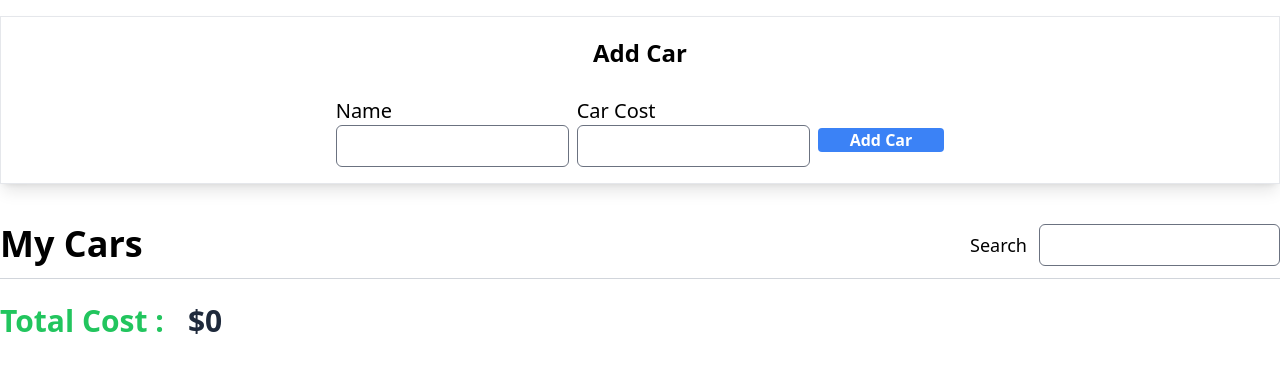
Repository: Marhamat92/carsappreduxtoolkit
Page: /
These files come from the project's save history. The page is drawn as it stood at one moment and after the next save; the edit follows.
The browser window is 1280 px wide. The pictures show the whole page.
The project was rebuilt for these pictures with package versions that can differ from the ones it lists, and the page was loaded fresh each time.

Above is the page before, as saved 2023-01-24 00:56:58.

### src/index.js
import React from 'react';
import ReactDOM from 'react-dom/client';
import './index.css';
import App from './App';
import { Provider } from 'react-redux';
import { store } from './store'


const root = ReactDOM.createRoot(document.getElementById('root'));
root.render(
  <Provider store={store}>
    <App />
  </Provider>
);

### src/App.js
import CarForm from "./components/CarForm";
import CarList from "./components/CarList";
import CarSearch from "./components/CarSearch";
import CarValue from "./components/CarValue";


function App() {
  return (
    <div className="container mx-auto">
      <CarForm />
      <CarSearch />
      <CarList />
      <CarValue />
    </div>
  );
}

export default App;

### src/store/index.js
import { configureStore } from "@reduxjs/toolkit";
import {
  carsReducer,
  addCar,
  removeCar,
  changeSearchTerm,
} from "./slices/carsSlice";
import { formReducer, changeName, changeCost } from "./slices/formSlice";

const store = configureStore({
  reducer: {
    cars: carsReducer,
    form: formReducer,
  },
})

export { store, addCar, removeCar, changeSearchTerm, changeName, changeCost };

### src/components/CarForm.js
import React from 'react'
import { useDispatch, useSelector } from 'react-redux'
import { changeName, changeCost, addCar } from '../store'



function CarForm() {
  const dispatch = useDispatch(); // this is the hook that allows us to dispatch actions to the store
  const { name, cost } = useSelector((state) => { // this is the hook that allows us to access the store
    return {
      name: state.form.name,
      cost: state.form.cost
    }
  })


  const handleNameChange = (e) => {
    dispatch(changeName(e.target.value))
  }

  const handleCostChange = (e) => {
    const carCost = parseInt(e.target.value) || 0;
    dispatch(changeCost(carCost))

  }


  const handleSubmit = (e) => {
    e.preventDefault();
    dispatch(addCar({ name, cost }))
  }


  //!after adding a car, clear the form fields with extra reducers which will be added to the formSlice,otherwise we can use dispatch(changeName('')) and dispatch(changeCost(0)) to clear the form fields but it is not a good practice



  return (
    <div className='flex flex-col items-center justify-center border shadow-lg py-4 mt-4'>
      <h1 className='font-bold text-2xl py-1' >Add Car</h1>
      <div className='mt-6'>
        <form onSubmit={handleSubmit} className=''>
          <div className='flex flex-row space-x-2 items-center justify-center'>
            <div className='flex flex-col'>
              <label className='text-xl' htmlFor='make'>Name</label>
              <input className=' border border-gray-500 rounded-md py-2

              ' value={name} onChange={handleNameChange} type='text' name='carName' id='carName' />
            </div>
            <div className='flex flex-col'>
              <label className='text-xl' htmlFor='price'>Car Cost</label>
              <input className=' border border-gray-500 rounded-md py-2

              ' value={cost || ''} onChange={handleCostChange} type='number' name='price' id='price' />
            </div>
            <div className='flex items-center justify-center'>
              <button className='bg-blue-500 hover:bg-blue-700 text-white font-bold   px-8 rounded mt-4' type='submit'>Add Car</button>
            </div>
          </div>


        </form>
      </div>
    </div>
  )
}

export default CarForm

### src/components/CarList.js
import React from 'react'
import { useSelector, useDispatch } from 'react-redux'
import { removeCar } from '../store'


function CarList() {


  const dispatch = useDispatch();

  const cars = useSelector(({ cars: { searchTerm, data } }) => {   //! <--- destructuring the state object to get the searchTerm and data properties
    return data.filter((car) => {
      return car.name.toLowerCase().includes(searchTerm.toLowerCase())
    })
  })

  const handleDeleteCar = (car) => {
    dispatch(removeCar(car.id))
  }



  const renderedCars = cars.map((car) => {
    return (
      <div className='flex justify-between space-y-3 items-center shadow-lg mt-4 py-2 px-4 rounded-md' key={car.id}>
        <p className='text-3xl' >{car.name} - ${car.cost}</p>
        <button onClick={() => handleDeleteCar(car)} className='bg-red-500 px-4 py-2 text-3xl rounded-md'>
          Remove
        </button>
      </div>
    )
  })




  return (
    <div>{renderedCars}</div>
  )
}

export default CarList

### src/components/CarSearch.js
import React from 'react'
import { useSelector, useDispatch } from 'react-redux'
import { changeSearchTerm } from '../store'


function CarSearch() {

  const dispatch = useDispatch();
  const searchTerm = useSelector((state) => {

    return state.cars.searchTerm

  })

  const handleSearchCarTerm = (e) => {
    dispatch(changeSearchTerm(e.target.value))
  }



  return (
    <div>
      <div className='flex justify-between mt-10 border-b border-gray-300 pb-3' >
        <h1 className='text-4xl font-bold' >My Cars</h1>
        <div className='flex space-x-3 items-center' >
          <label className='text-lg' htmlFor="">Search</label>
          <input value={searchTerm} onChange={handleSearchCarTerm} className='pl-2 border border-gray-500 py-2 rounded-md' type="text" />
        </div>
      </div>
    </div>
  )
}

export default CarSearch

### src/components/CarValue.js
import React from 'react'
import { useSelector } from 'react-redux'

function CarValue() {

  const totalCost = useSelector(({ cars: { data, searchTerm } }) =>
    data.filter((car) => car.name.toLowerCase().includes(searchTerm.toLowerCase())
    )
      .reduce((acc, car) => acc + car.cost, 0)
  );



  return (
    <div className='flex  space-x-6 mt-6'>
      <h1 className='text-3xl font-bold text-green-500' >Total Cost :</h1>
      <h1 className='text-3xl font-bold text-slate-800'>${totalCost}</h1>
    </div>
  )
}

export default CarValue

### src/store/slices/carsSlice.js
import { createSlice, nanoid } from '@reduxjs/toolkit';

const carsSlice = createSlice({
  name: 'cars',
  initialState: {
    data: [],
    searchTerm: ''
  },
  reducers: {
    changeSearchTerm(state, action) {
      state.searchTerm = action.payload;
    },
    addCar(state, action) {
      //Assumption:
      //action.payload is an object with the following properties:
      //name, cost, id
      state.data.push({
        name: action.payload.name,
        cost: action.payload.cost,
        id: nanoid()
      })
    },
    removeCar(state, action) {
      //Assumption:
      //action.payload is the id of the car to remove
      const updatedCars = state.data.filter((car) => {
        return car.id !== action.payload;
      })
      state.data = updatedCars;
    }

  }
})

export const { changeSearchTerm, addCar, removeCar } = carsSlice.actions;
export const carsReducer = carsSlice.reducer;

### src/store/slices/formSlice.js
import { createSlice } from '@reduxjs/toolkit';
import { addCar } from './carsSlice';

const formSlice = createSlice({
  name: 'form',
  initialState: {
    name: '',
    cost: 0
  },
  reducers: {
    changeName(state, action) {
      state.name = action.payload;
    },
    changeCost(state, action) {
      state.cost = action.payload;
    }
  },
  extraReducers(builder) {
    builder.addCase(addCar, (state, action) => {
      state.name = '';
      state.cost = 0;
    })
  }
})

//extraReducers is a function that takes a builder object as an argument and we can use the builder object to add extra reducers to the formSlice
//addCase is a function that takes an action and a reducer as arguments and adds the reducer to the formSlice
//the reducer will be called when the action is dispatched


export const { changeName, changeCost } = formSlice.actions;
export const formReducer = formSlice.reducer;

Loaded but not shown: public/index.html (common file); src/index.css (common file); tailwind.config.js (common file)

After the next save:
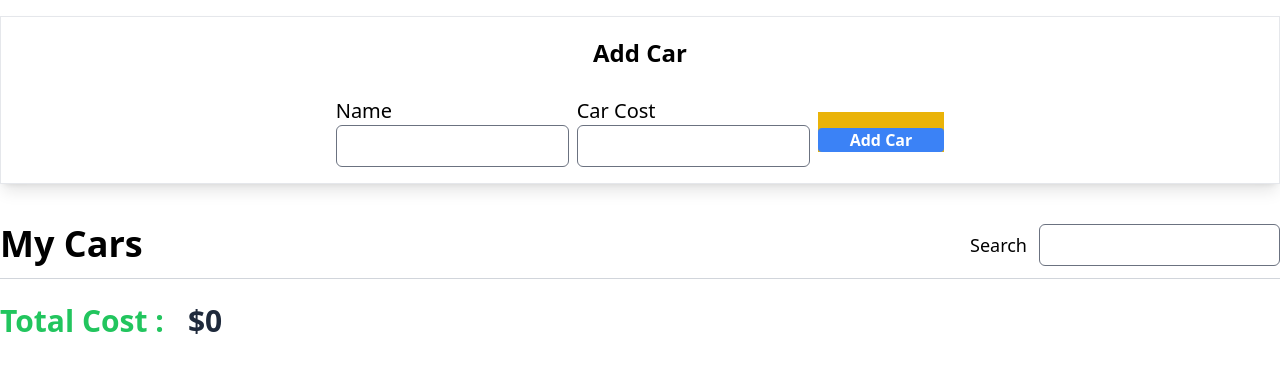
Saved 9 s later.
--- a/src/components/CarForm.js
+++ b/src/components/CarForm.js
@@ -53,7 +53,7 @@ function CarForm() {
 
               ' value={cost || ''} onChange={handleCostChange} type='number' name='price' id='price' />
             </div>
-            <div className='flex items-center justify-center'>
+            <div className='flex items-center justify-center bg-yellow-500'>
               <button className='bg-blue-500 hover:bg-blue-700 text-white font-bold   px-8 rounded mt-4' type='submit'>Add Car</button>
             </div>
           </div>
